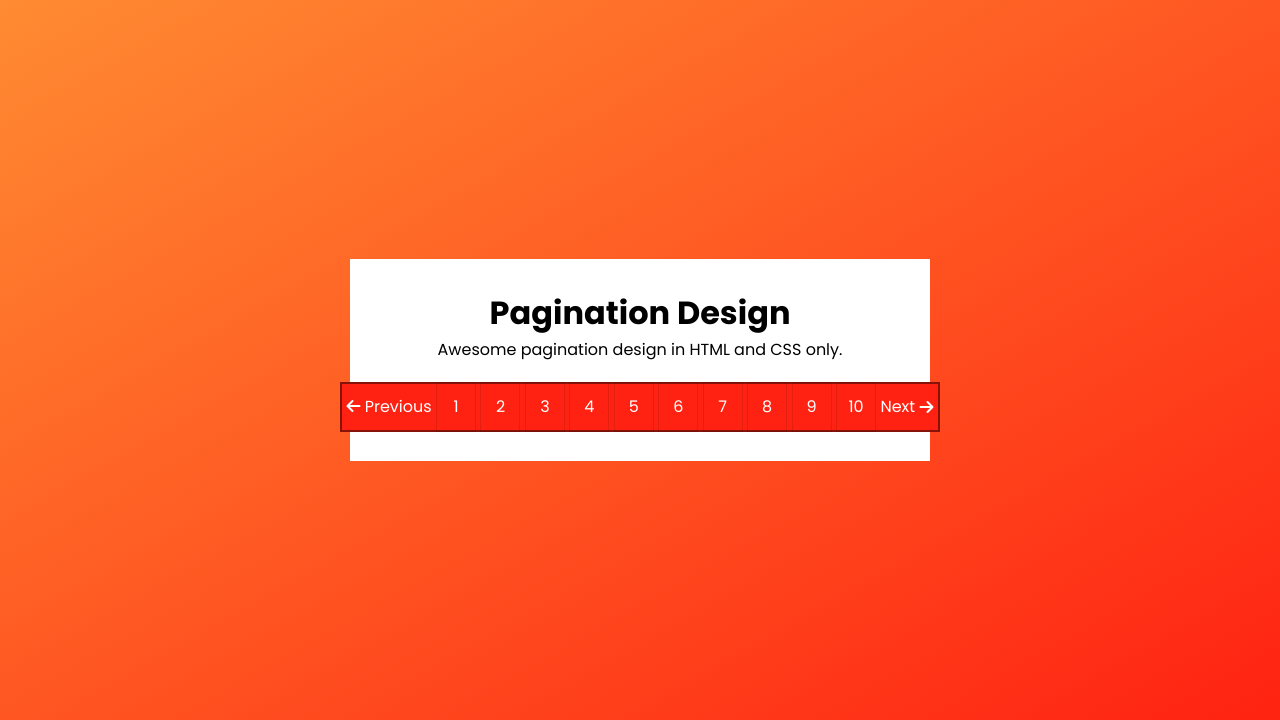
Repository: Ankitkr2021/Awesome-Pagination
Page: index.html
These files come from the project's save history. The page is drawn as it stood at one moment and after the next save; the edit follows.
The browser window is 1280 px wide. The pictures show the whole page.

Above is the page before, as saved 2025-10-02 09:11:50.

### index.html
<!DOCTYPE html>
<html lang="en">
<head>
    <meta charset="UTF-8">
    <meta name="viewport" content="width=device-width, initial-scale=1.0">
    <title>Document</title>
    <link rel="stylesheet" href="https://cdnjs.cloudflare.com/ajax/libs/font-awesome/6.5.0/css/all.min.css">
    <link rel="stylesheet" href="./style.css">
</head>
<body>
    <div class="page">
        <h1>Pagination Design</h1>
        <p>Awesome pagination design in HTML and CSS only.</p>
        <div class="box">
             <div><i class="fas fa-arrow-left"></i> Previous</div>
            <div style="width: 40px;height: 50px; border: 1px solid rgba(0, 0, 0, 0.1);display: flex; justify-content: center; align-items: center;">1</div>
            <div style="width: 40px;height: 50px; border: 1px solid rgba(0, 0, 0, 0.1);display: flex; justify-content: center; align-items: center;">2</div>
            <div style="width: 40px;height: 50px; border: 1px solid rgba(0, 0, 0, 0.1);display: flex; justify-content: center; align-items: center;">3</div>
            <div style="width: 40px;height: 50px; border: 1px solid rgba(0, 0, 0, 0.1);display: flex; justify-content: center; align-items: center;">4</div>
            <div style="width: 40px;height: 50px; border: 1px solid rgba(0, 0, 0, 0.1);display: flex; justify-content: center; align-items: center;">5</div>
            <div style="width: 40px;height: 50px; border: 1px solid rgba(0, 0, 0, 0.1);display: flex; justify-content: center; align-items: center;">6</div>
            <div style="width: 40px;height: 50px; border: 1px solid rgba(0, 0, 0, 0.1);display: flex; justify-content: center; align-items: center;">7</div>
            <div style="width: 40px;height: 50px; border: 1px solid rgba(0, 0, 0, 0.1);display: flex; justify-content: center; align-items: center;">8</div>
            <div style="width: 40px;height: 50px; border: 1px solid rgba(0, 0, 0, 0.1);display: flex; justify-content: center; align-items: center;">9</div>
            <div style="width: 40px;height: 50px; border: 1px solid rgba(0, 0, 0, 0.1);display: flex; justify-content: center; align-items: center;">10</div>
            Next<i class="fas fa-arrow-right"></i>
        </div>
    </div>
</body>
</html>

### style.css
@import url("https://fonts.googleapis.com/css2?family=Poppins:wght@300;400;500;600;700&display=swap");

*{
    margin: 0;
    padding: 0;
    box-sizing: border-box;
    font-family: "Poppins",sans-serif;
}

body{
    display: flex;
   justify-content: center;
   align-items: center;
    height: 100vh;
    width: 100%;
    background: linear-gradient(to bottom right, rgb(255, 139, 50), rgb(255, 34, 18));
}

.page{
   display: flex;
   justify-content: center;
   align-items: center;
   flex-direction: column;
   background: #fff;
   width: 580px;
   height: 202px;
}

h1 {
    padding: 0 20px;
}

p {
    margin-bottom: 20px;
}

.box {
    background: rgb(255, 34, 18);
    color: #fff;
    height: 50px;
    width: 600px;
    display: flex;
    justify-content: space-evenly;
    align-items: center;
    border: 2px solid rgba(0, 0, 0, 0.475);
}

After the next save:
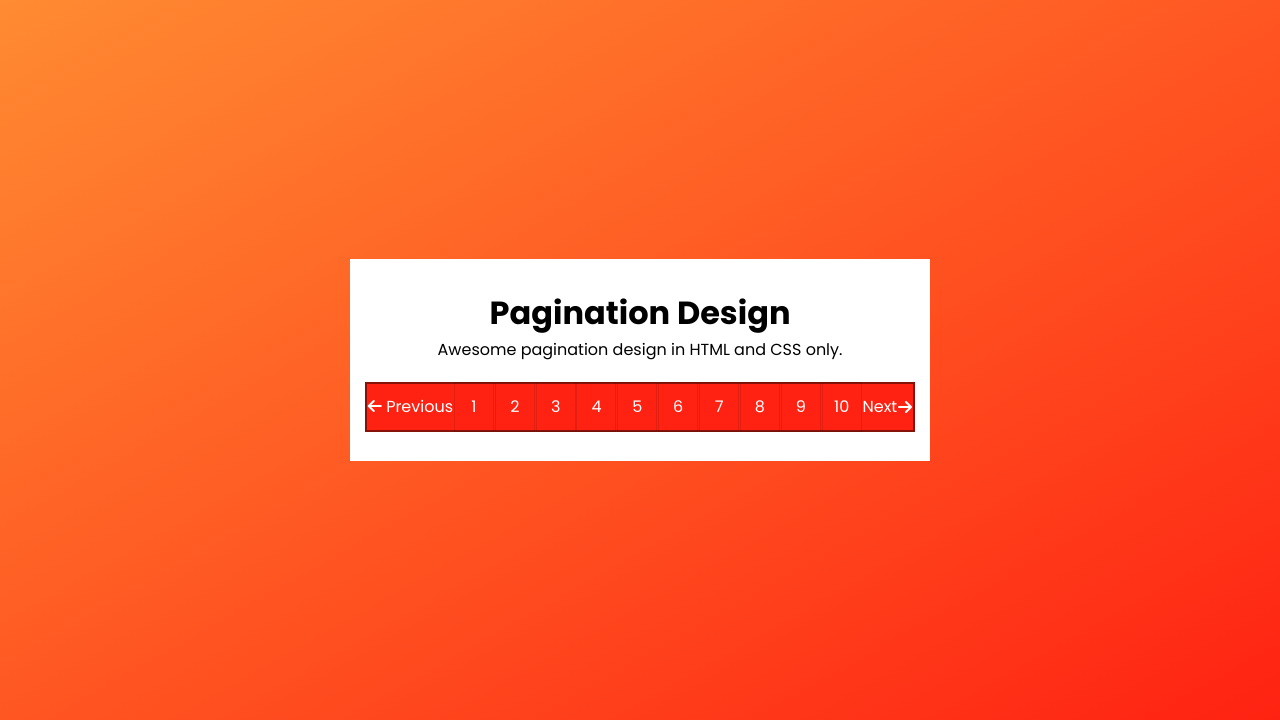
Saved 5 s later.
--- a/style.css
+++ b/style.css
@@ -38,7 +38,7 @@ p {
     background: rgb(255, 34, 18);
     color: #fff;
     height: 50px;
-    width: 600px;
+    width: 550px;
     display: flex;
     justify-content: space-evenly;
     align-items: center;
